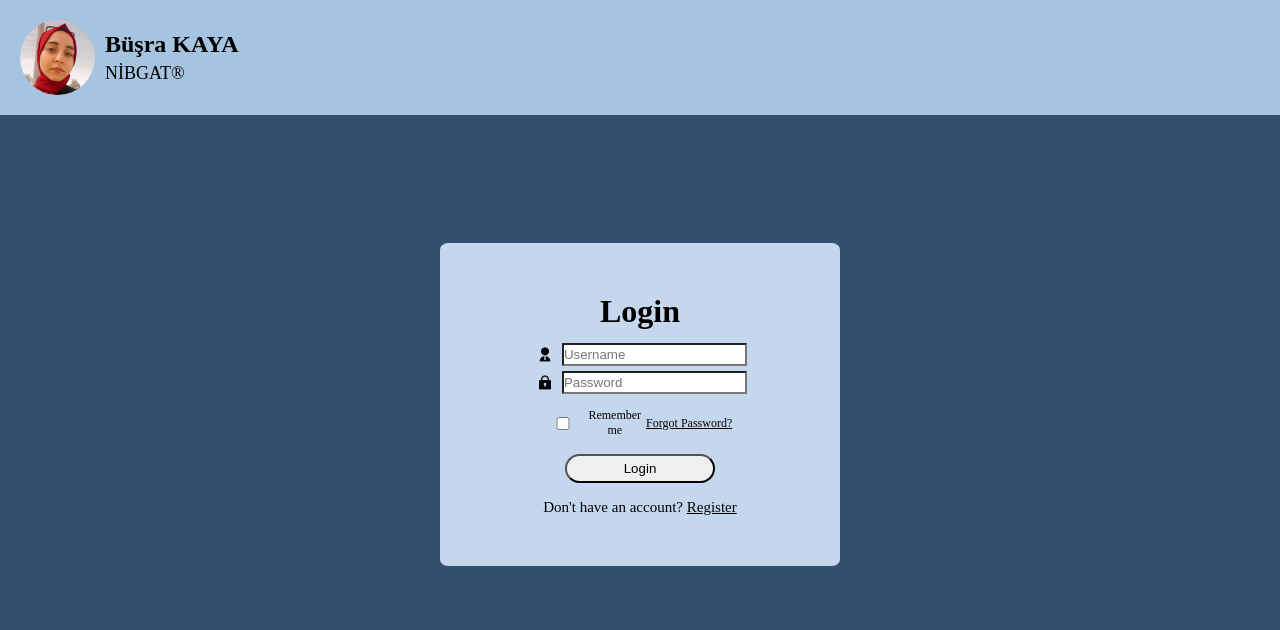
Repository: busra-kayaa/LoginPage
Page: login.html
These files come from the project's save history. The page is drawn as it stood at one moment and after the next save; the edit follows.
The browser window is 1280 px wide. The pictures show the whole page.

Above is the page before, as saved 2024-01-05 18:17:32.

After the next save:
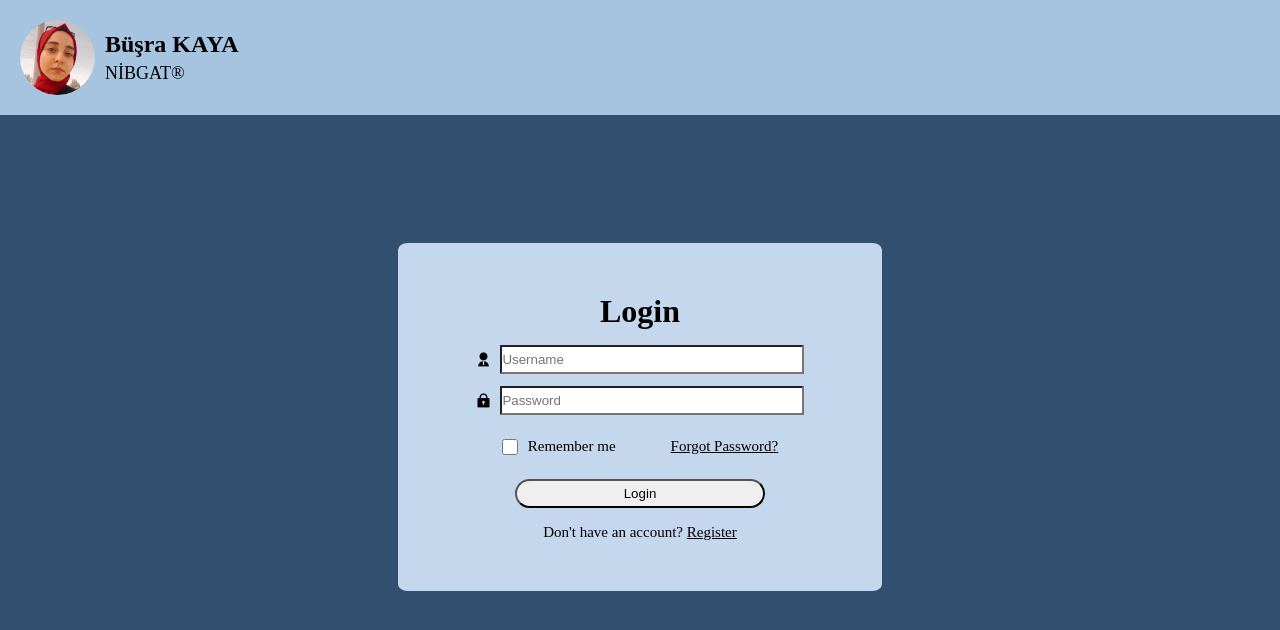
Saved 28 s later.
--- a/style.css
+++ b/style.css
@@ -55,7 +55,7 @@ body {
     align-items: center;
     text-align: center;
     margin: auto;
-    width: 300px;
+    width: 30%;
     padding: 50px;
 }
 
@@ -88,9 +88,8 @@ body {
 }
 .input-text {
     display: flex;
-    flex-direction: column;
-    width: 100%;
-    height: 100%;
+    width: 300px;
+    height: 25px;
     border-radius: 1%;
 }
 
@@ -102,10 +101,10 @@ body {
 }
 
 .login__check {
-    font-size: 12px;
+    font-size: 15px;
     margin-top: 1rem;
     margin-bottom: 1rem;
-    gap: 5px;
+    gap: 55px;
 }
 
 .login__check-box {
@@ -113,8 +112,8 @@ body {
 }
 
 .login__check-input {
-    width: 100%;
-    height: 100%;
+    width: 1rem;
+    height: 2rem;
 }
 
 .login__forgot {
@@ -126,7 +125,7 @@ body {
 }
 
 .login__button {
-    width: 50%;
+    width: 250px;
     padding: 5px;
     margin-bottom: 1rem;
     border-radius: 4rem;
